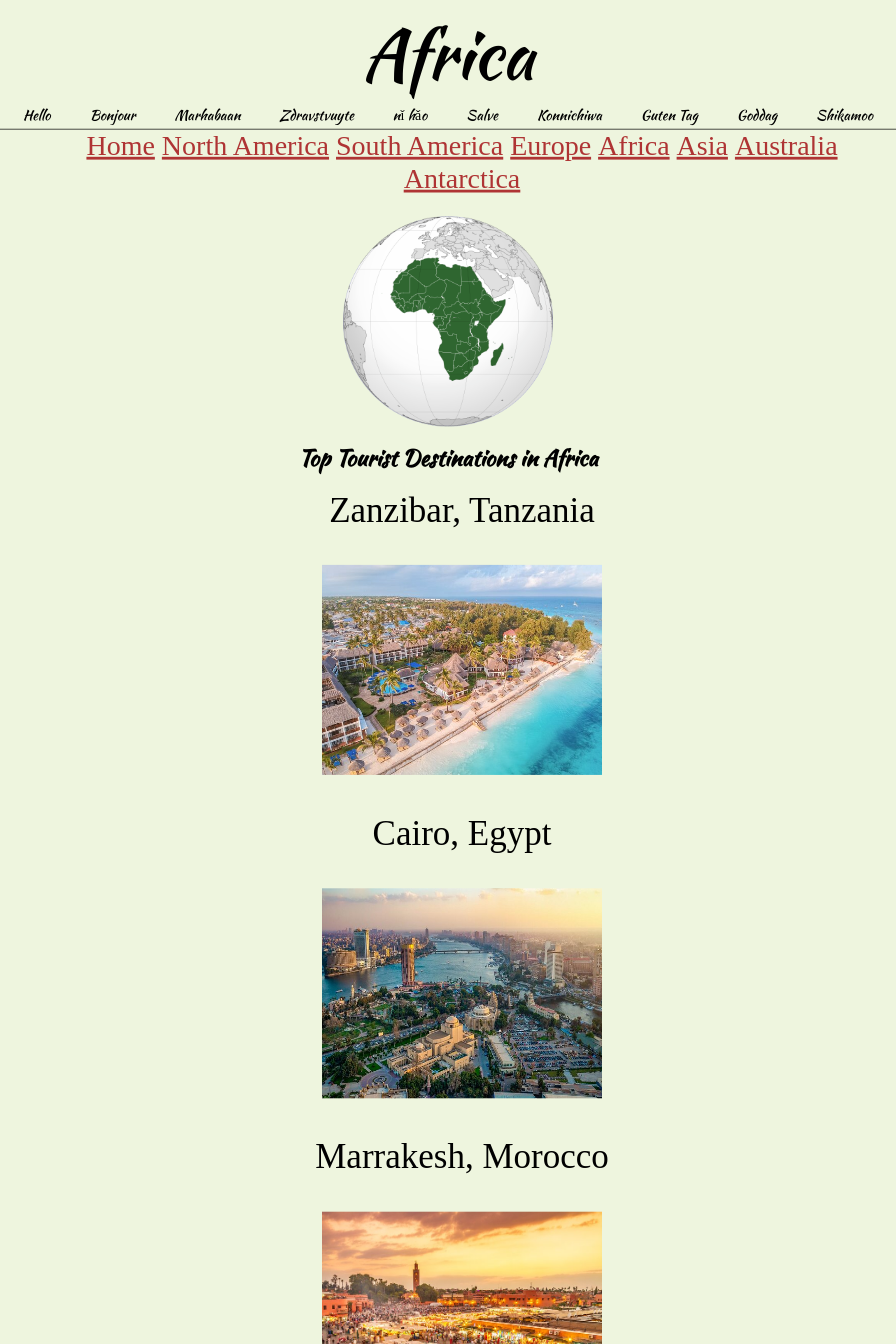
Repository: alharama/StaticWebsite
Page: af_page.html
An editor plug-in stored every save of this project. The page is shown before and after the next save, followed by the edit.
The browser window is 1280 px wide. The pictures show the part of the page from y = 0 to 1920 px (the page is 3356 px tall before and 3374 px after), at 70% of full size.

Above is the page before, as saved 2021-09-29 22:52:21.

After the next save:
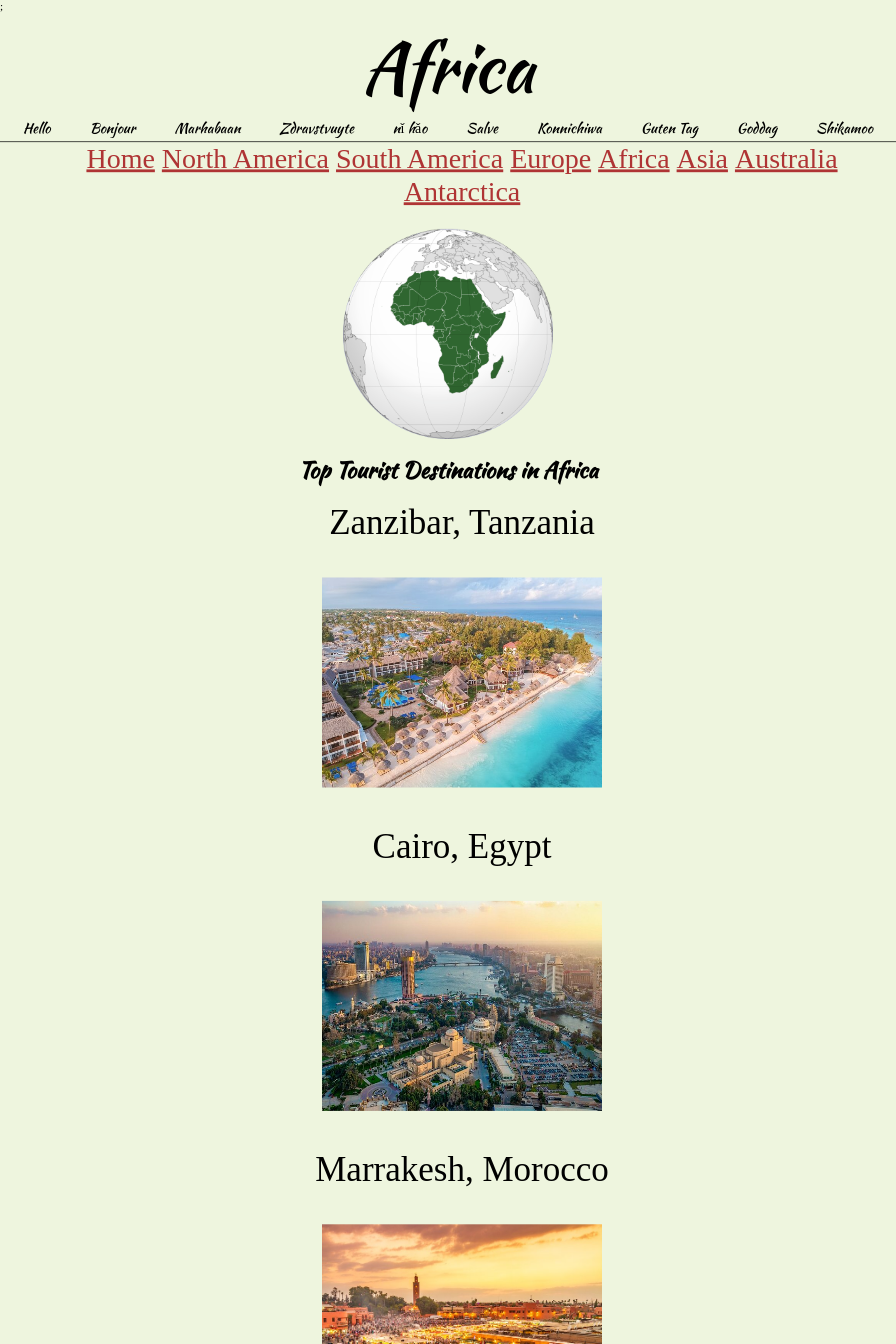
Saved 16 s later.
--- a/af_page.html
+++ b/af_page.html
@@ -1,6 +1,8 @@
 <!DOCTYPE html>
 <html>
 <head>
+
+    <link rel = "stylesheet" type="text/css" href="StyleSheet.css">;
 
     <title> Africa</title>
 
@@ -67,37 +69,6 @@
             height: 300px;
 
         }
-
-        h1 {
-            text-align: center;
-            font-family: 'Kaushan Script', cursive;
-        }
-
-        .tourist_spots {
-            text-align: center;
-        }
-        .tourist_spots li {
-            list-style: none;
-            text-align: center;
-            font-size: 50px;
-
-        }
-
-
-        #dest {
-            width: 400px;
-            height: 300px;
-            padding: 50px;
-        }
-
-        #other_dest_header {
-            font-size: 50px;
-        }
-        .extra_destinations li{
-            font-size: 20px;
-        }
-
-
     </style>
 
 </head>
